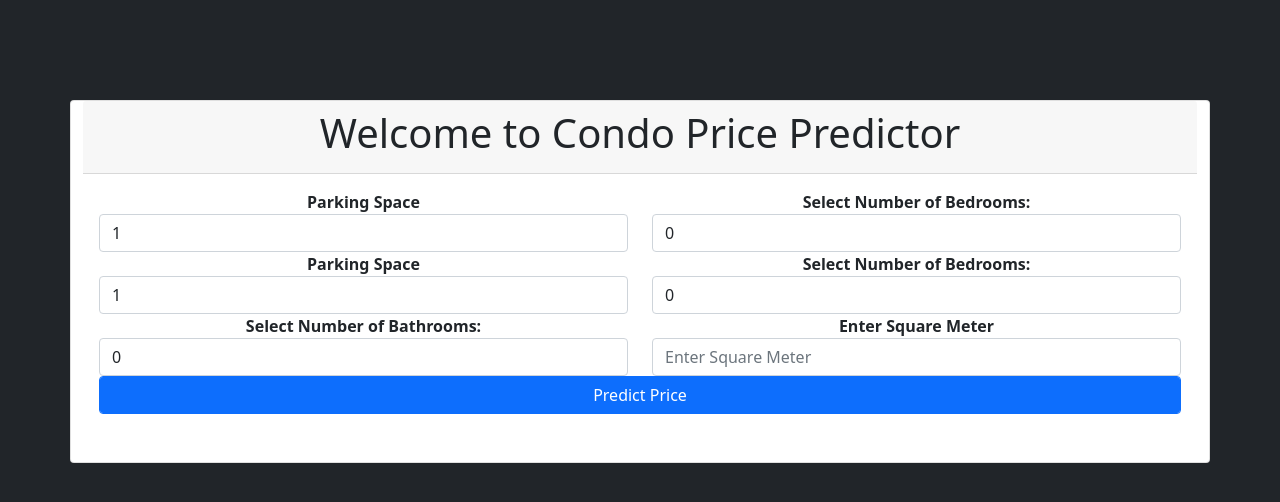
Repository: myothida/condoprice_CNX
Page: http://localhost/
An editor plug-in stored every save of this project. The page is shown before and after the next save, followed by the edit.
The browser window is 1280 px wide. The pictures show the whole page.
The page is served by the project's application, run on Flask 3 (main.py).

Above is the page before, as saved 2023-09-29 02:20:25.

### templates/index.html
<!DOCTYPE html>
<html lang="en">
  <head>
    <!-- Required meta tags -->
    <meta charset="utf-8" />
    <meta name="viewport" content="width=device-width, initial-scale=1" />

    <!-- Bootstrap CSS -->
    <link
      href="https://cdn.jsdelivr.net/npm/bootstrap@5.0.2/dist/css/bootstrap.min.css"
      rel="stylesheet"
      integrity="sha384-EVSTQN3/azprG1Anm3QDgpJLIm9Nao0Yz1ztcQTwFspd3yD65VohhpuuCOmLASjC"
      crossorigin="anonymous"
    />

    <title>Condo Price Predictor</title>
  </head>
  <body class="bg-dark">
    <div class="container">
      <div class="row">
        <div class="card" style="width: 100%; height: 100%; margin-top: 100px">
          <div class="card-header" style="text-align: center">
            <h1>Welcome to Condo Price Predictor</h1>
          </div>
          <div class="card-body">
            <form method="post" accept-charset="utf-8">
              <div class="row">
                <div class="col-md-6 form-group" style="text-align: center">
                  <label><b>Parking Space</b></label>
                  <select
                    class="select-picker form-control"
                    id="location"
                    name="location"
                  >
                    <option>1</option>
                    <option>2</option>
                    <option>3</option>
                  </select>
                </div>
                <div class="col-md-6 form-group" style="text-align: center">
                  <label><b>Select Number of Bedrooms:</b></label>
                  <select
                    class="select-picker form-control"
                    id="bedroom"
                    name="bedroom"
                  >
                    <option>0</option>
                    <option>1</option>
                    <option>2</option>
                    <option>3</option>
                  </select>
                </div>

                <div class="col-md-6 form-group" style="text-align: center">
                  <label><b>Parking Space</b></label>
                  <select
                    class="select-picker form-control"
                    id="parking"
                    name="parking"
                    required="required"
                  >
                    <option>1</option>
                    <option>2</option>
                    <option>3</option>
                  </select>
                </div>
                <div class="col-md-6 form-group" style="text-align: center">
                  <label><b>Select Number of Bedrooms:</b></label>
                  <select
                    class="select-picker form-control"
                    id="bedroom"
                    name="bedroom"
                  >
                    <option>0</option>
                    <option>1</option>
                    <option>2</option>
                    <option>3</option>
                  </select>
                </div>
                <div class="col-md-6 form-group" style="text-align: center">
                  <label><b>Select Number of Bathrooms:</b></label>
                  <select
                    class="select-picker form-control"
                    id="bathroom"
                    name="bathroom"
                  >
                    <option>0</option>
                    <option>1</option>
                    <option>2</option>
                    <option>3</option>
                  </select>
                </div>
                <div class="col-md-6 form-group" style="text-align: center">
                  <label><b>Enter Square Meter</b></label>
                  <input
                    type="text"
                    class="form-control"
                    id="sqm"
                    name="sqm"
                    placeholder="Enter Square Meter"
                  />
                </div>
                <div class="col-md-12 form-group" style="text-align: center">
                  <button
                    class="btn btn-primary form-control"
                    onclick="predictPrice()"
                    type="button"
                  >
                    Predict Price
                  </button>
                </div>
              </div>
            </form>
            <br />

            <div class="col-md-12" style="text-align: center">
              <h1><span id="prediction"></span></h1>
            </div>
          </div>
        </div>
      </div>
    </div>

    <script>
      function predictPrice() {
        // Get user-selected values from the form elements
        var parking = document.getElementById("parking").value;
        var sqm = document.getElementById("sqm").value;
        var bedroom = document.getElementById("bedroom").value;
        var bathroom = document.getElementById("bathroom").value;

        var data = {
          sqm: sqm,
          bedroom: bedroom,
          bathroom: bathroom,
          parking: parking,
        };

        // Create a JSON object to send to the Flask server
        var data = {
          parking: parking,
          sqm: sqm,
          bedroom: bedroom,
          bathroom: bathroom,
        };

        // Send the data to the Flask server for prediction
        var xhr = new XMLHttpRequest();
        xhr.open("POST", "/predict", true);
        document.getElementById("prediction").innerHTML =
          "Wait Predicting Price!...";
        xhr.setRequestHeader("Content-Type", "application/json;charset=UTF-8"); // Set the content type to JSON
        xhr.onreadystatechange = function () {
          if (xhr.readyState == XMLHttpRequest.DONE) {
            document.getElementById("prediction").innerHTML =
              "Prediction:  ฿ " + xhr.responseText;
          }
        };
        xhr.send(JSON.stringify(data)); // Send data as JSON
      }
    </script>

    <!-- Option 2: Separate Popper and Bootstrap JS -->
    <script
      src="https://cdn.jsdelivr.net/npm/@popperjs/core@2.9.2/dist/umd/popper.min.js"
      integrity="sha384-IQsoLXl5PILFhosVNubq5LC7Qb9DXgDA9i+tQ8Zj3iwWAwPtgFTxbJ8NT4GN1R8p"
      crossorigin="anonymous"
    ></script>
    <script
      src="https://cdn.jsdelivr.net/npm/bootstrap@5.0.2/dist/js/bootstrap.min.js"
      integrity="sha384-cVKIPhGWiC2Al4u+LWgxfKTRIcfu0JTxR+EQDz/bgldoEyl4H0zUF0QKbrJ0EcQF"
      crossorigin="anonymous"
    ></script>
  </body>
</html>

### main.py
from flask import Flask, render_template, request, jsonify
import pandas as pd
import pickle
import logging


app = Flask(__name__)

# Load the trained model
with open('condo_price_model.pkl', 'rb') as model_file:
    model = pickle.load(model_file)

# Define the index route
@app.route('/')
def index():
    return render_template('index.html')

# Define the predict route to handle form submissions
@app.route('/predict', methods=['POST'])
def predict():
    if request.method == 'POST':

        # Extract user input from the JSON data sent by the front-end
        data = request.get_json()

        # Extract values from the data
        sqm = float(data['sqm'])
        bedroom = int(data['bedroom'])
        bathroom = int(data['bathroom'])
        parking = int(data['parking'])


        print("User selected:")
        print(f"Square Meter: {sqm}")
        print(f"Bedrooms: {bedroom}")
        print(f"Bathrooms: {bathroom}")
        print(f"Parking Spaces: {parking}")

        # Create a DataFrame with the correct order of features
        input_data = pd.DataFrame({'bedroom': [bedroom], 'bathroom': [bathroom], 'sqm': [sqm], 'parking': [parking]})


        # Make the prediction using the model
        prediction = model.predict(input_data)[0]

        # Return the prediction result as JSON
        return jsonify({'prediction': prediction})

# Run the Flask app
if __name__ == "__main__":
    app.run(debug=True, port=5001)

After the next save:
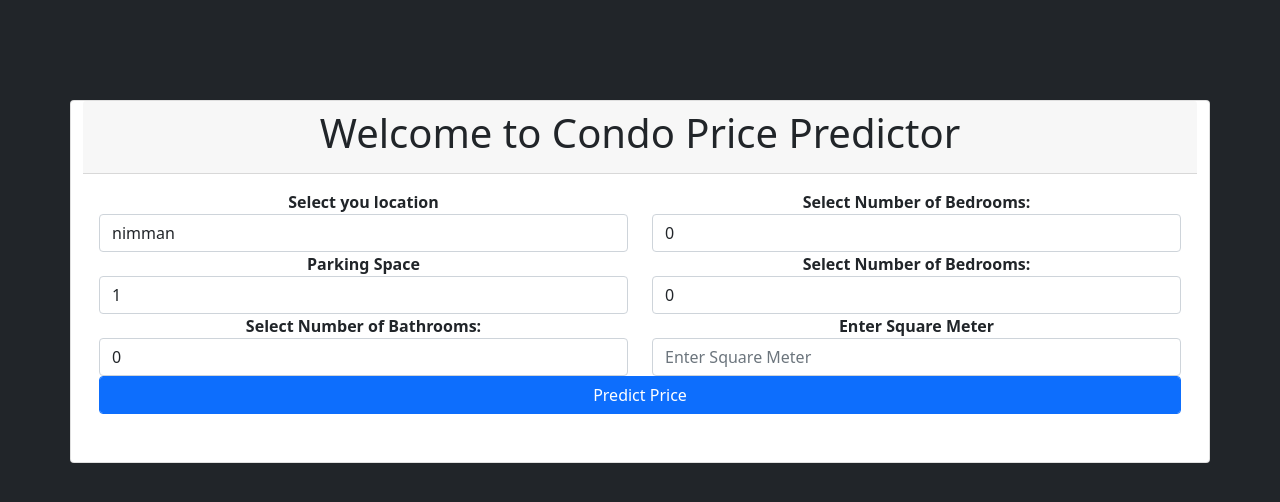
Saved 104 s later.
--- a/templates/index.html
+++ b/templates/index.html
@@ -26,15 +26,17 @@
             <form method="post" accept-charset="utf-8">
               <div class="row">
                 <div class="col-md-6 form-group" style="text-align: center">
-                  <label><b>Parking Space</b></label>
+                  <label><b>Select you location</b></label>
                   <select
                     class="select-picker form-control"
                     id="location"
                     name="location"
                   >
-                    <option>1</option>
-                    <option>2</option>
-                    <option>3</option>
+                    <option>nimman</option>
+                    <option>change phueak</option>
+                    <option>suthep</option>
+                    <option>faham</option>
+                    <option>muang</option>
                   </select>
                 </div>
                 <div class="col-md-6 form-group" style="text-align: center">
